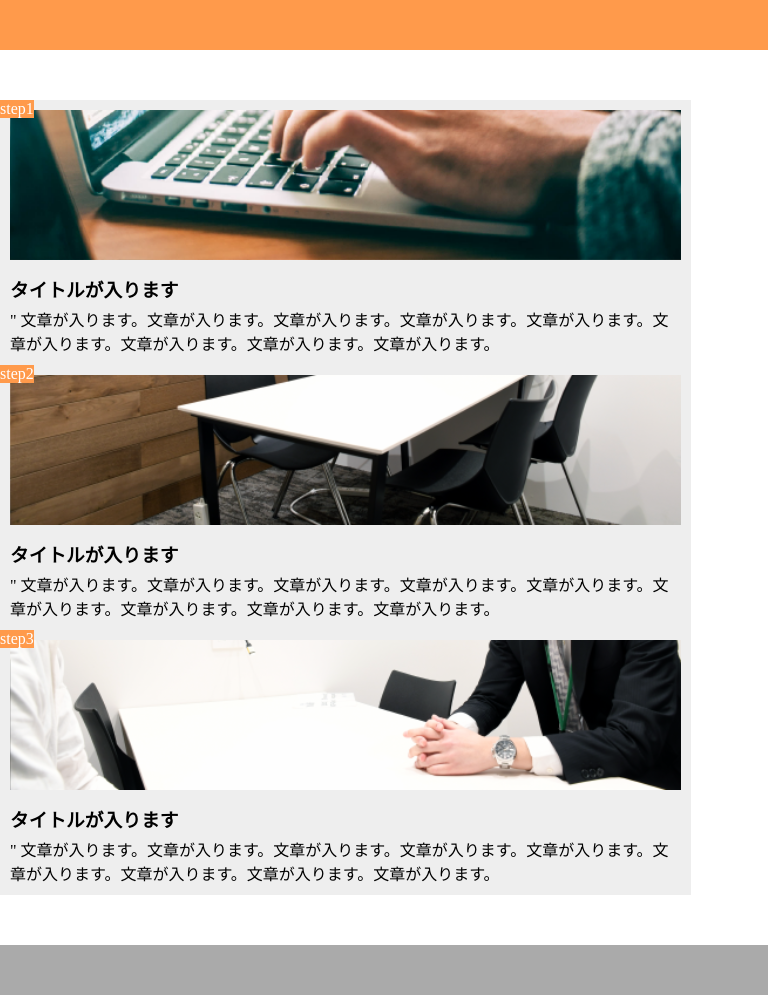
Repository: BRK-munger/9-
Page: 9章演習/index.html
The author's editor kept a record of every edit. The page is drawn from the files as they stood at one moment, then again after the next edit.
The browser window is 768 px wide. The pictures show the whole page.

Above is the page before.

### 9章演習/index.html
<!DOCTYPE html>
<html lang="ja">
  <head>
    <meta charset="UTF-8" >
    <meta name="viewport" content="width=device-width,initial-scale=1.0">
    <title>9章演習</title>
    <link rel="stylesheet" href="style.css">
  </head>
  <body>
   <header></header>
   <main>
    <div class="step-box">
      <div class="step-img1"></div>
      <span class="step-num">step1</span>
      <h3 class="title">タイトルが入ります</h3>
      <p class="text">
        " 文章が入ります。文章が入ります。文章が入ります。文章が入ります。文章が入ります。文章が入ります。文章が入ります。文章が入ります。文章が入ります。
  </p>
  </div>
  <div class="step-box">
     <div class="step-img2"></div>
     <span class="step-num">step2</span>
     <h3 class="title">タイトルが入ります</h3>
     <p class="text">
        " 文章が入ります。文章が入ります。文章が入ります。文章が入ります。文章が入ります。文章が入ります。文章が入ります。文章が入ります。文章が入ります。
  </p>
  </div>
    <div class="step-box">
    <div class="step-img3"></div>
    <span class="step-num">step3</span>
    <h3 class="title">タイトルが入ります</h3>
    <p class="text">
        " 文章が入ります。文章が入ります。文章が入ります。文章が入ります。文章が入ります。文章が入ります。文章が入ります。文章が入ります。文章が入ります。
  </p>
  </div>
  </main>
  <footer></footer>
 </body>
</html>

### 9章演習/style.css
* {
  box-sizing: border-box;
  margin: 0;
  padding: 0;
}

header {
  height: 50px;
  background-color: #ff9a4b;
}

main {
  width: 960px;
  margin: 50px auto;
  display: flex;
}

.step-box {
  width: 300px;
  margin-right: 30px;
  padding: 10px;
  position: relative;
  background-color: #eee;
}

.step-box:last-child {
  margin-right: 0;
}

.step-img1 {
  height: 150px;
  background-image: url(img/flow01.png);
  background-position: bottom;
  background-size: cover;
}

.step-img2 {
  height: 150px;
  background-image: url(img/flow02.png);
  background-position: bottom;
  background-size: cover;
}

.step-img3 {
  height: 150px;
  background-image: url(img/flow03.png);
  background-position: bottom;
  background-size: cover;
}

.step-num {
  position: absolute;
  top: 0;
  left: 0;
  background-color: #ff9a4b;
  color: #fff;
}

.title {
  margin:15px 0 5px;
}

footer {
  height: 50px;
  background-color: #aaa;
}

@media screen and (max-width: 768px) {
  main {
    width: 100%;
    display: block;
  }

.step-box {
  width: 90%;
 }
}

After the next edit:
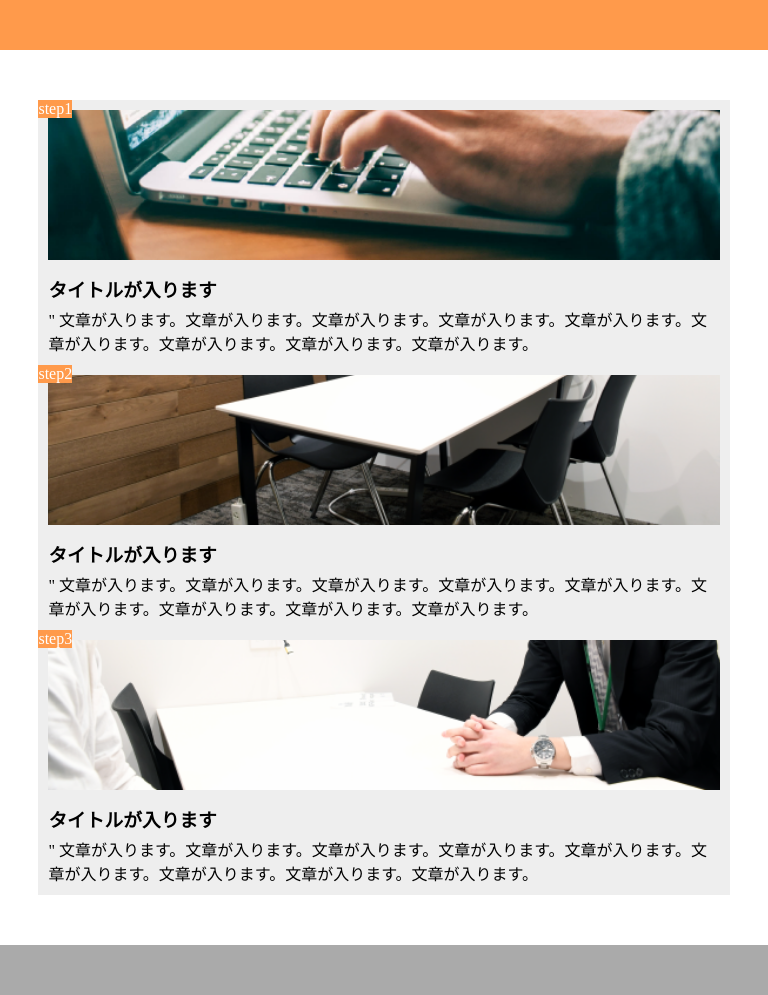
The edit:
--- a/9章演習/style.css
+++ b/9章演習/style.css
@@ -73,5 +73,10 @@
 
 .step-box {
   width: 90%;
+  margin: 0 auto;
  }
+
+ .step-box:last-child {
+  margin: 0 auto;
 }
+}
